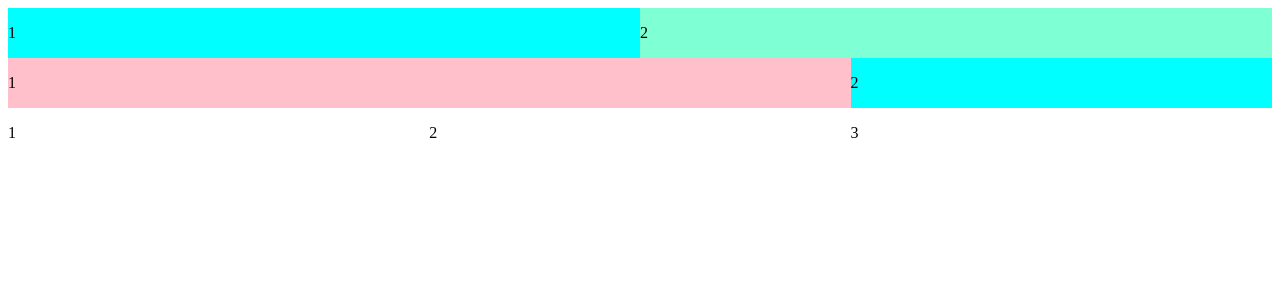
Repository: motiejus1/06-paskaita-invest
Page: dubudai.html
An editor plug-in stored every save of this project. The page is shown before and after a run of saves, followed by the edit.
The browser window is 1280 px wide. The pictures show the whole page.

Above is the page before, as saved 2021-06-09 20:25:02.

### dubudai.html
<!DOCTYPE html>
<html lang="en">
<head>
    <meta charset="UTF-8">
    <meta http-equiv="X-UA-Compatible" content="IE=edge">
    <meta name="viewport" content="width=device-width, initial-scale=1.0">
    <title>Document</title>
    <style>
        * {
            box-sizing: border-box;
        }

        .col-1 {
            width: 8.33%;
        }

        .col-2 {
            width: 16.66%;
        }

        .col-3 {
            width: 25%;
        }

        .col-4 {
            width: 33.33%;
        }

        .col-5 {
            width: 41.66%;
        }

        .col-6 {
            width: 50%;
        }

        .col-7 {
            width: 58.33%;
        }

        .col-8 {
            width: 66.66%;
        }

        .col-9 {
            width:75%;
        }

        .col-10 {
            width: 83.33%;
        }

        .col-11 {
            width: 91.66%;
        }

        .col-12 {
            width: 100%;
        }

        [class*="col-"] {
            float:left;
        }

        .zydra {
            background-color:aqua;
        }

        .zalsva {
            background-color: aquamarine;
        }

        .rozine {
            background-color: pink;
        }
    </style>
</head>
<body>
    <div class="container">
        <div class="row">
            <div class="col-6 zydra">
                <p>1</p>
            </div>
            <div class="col-6 zalsva">
                <p>2</p>
            </div>
        </div>
        <div class="row">
            <div class="col-8 rozine">
                <p>1</p>
            </div>
            <div class="col-4 zydra">
                <p>2</p>
            </div>
        </div>
        <div class="row">
            <div class="col-4">
                <p>1</p>
            </div>
            <div class="col-4">
                <p>2</p>
            </div>
            <div class="col-4">
                <p>3</p>
            </div>
        </div>
    </div>

</body>
</html>

After the next 3 saves:
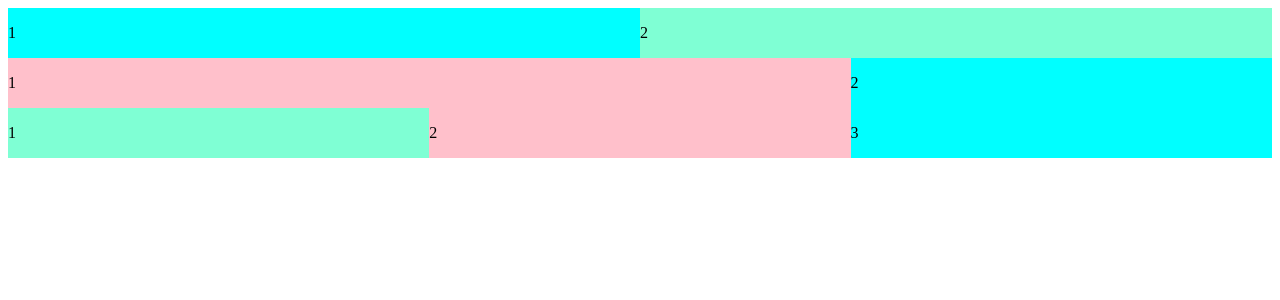
The 3 saves are shown as one change because they came seconds apart.
The last was saved 9 s later.
--- a/dubudai.html
+++ b/dubudai.html
@@ -94,13 +94,13 @@
             </div>
         </div>
         <div class="row">
-            <div class="col-4">
+            <div class="col-4 zalsva">
                 <p>1</p>
             </div>
-            <div class="col-4">
+            <div class="col-4 rozine">
                 <p>2</p>
             </div>
-            <div class="col-4">
+            <div class="col-4 zydra">
                 <p>3</p>
             </div>
         </div>
